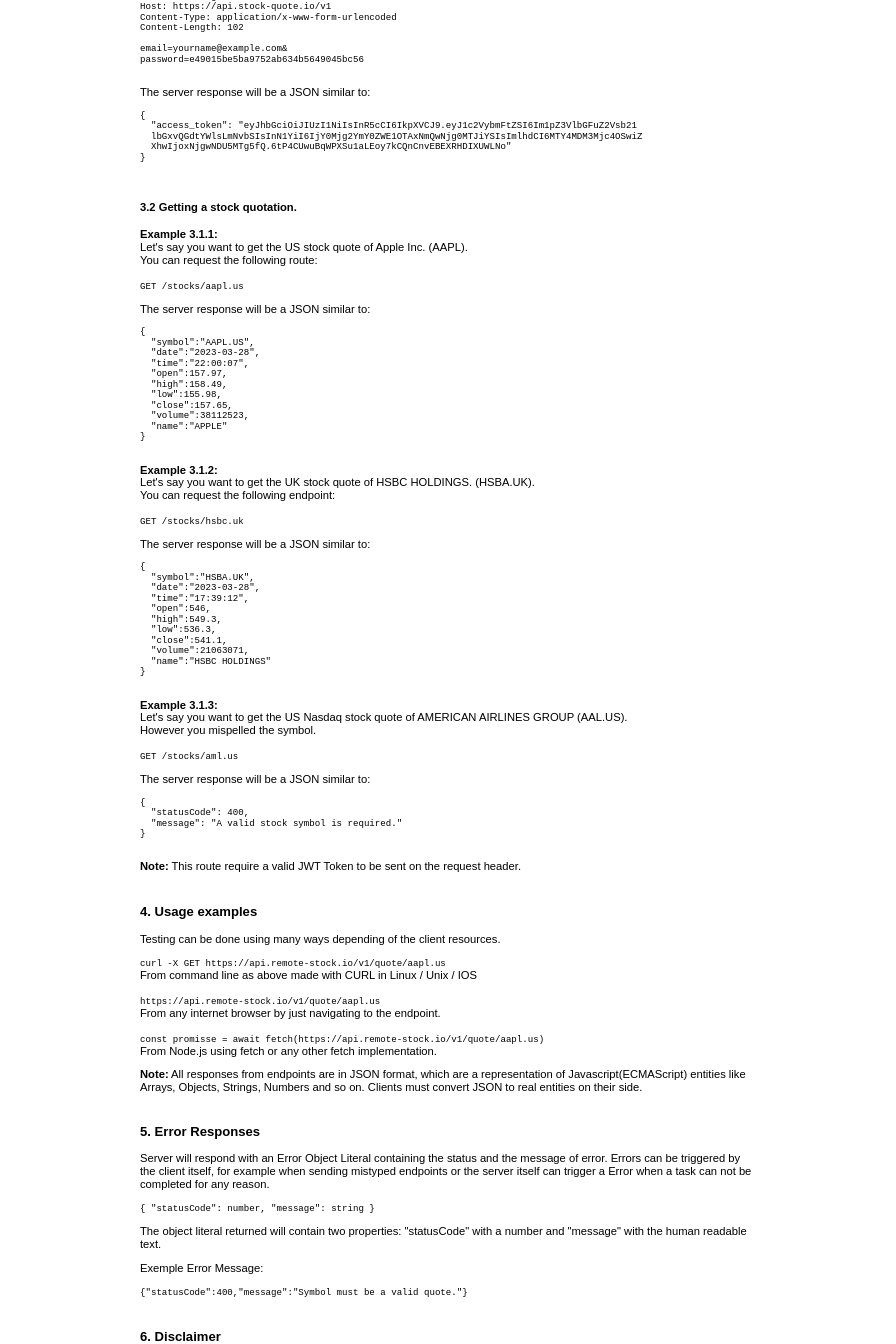
Repository: miguelamello/nest-js
Page: stock-service/documentation.html
These files come from the project's save history. The page is drawn as it stood at one moment and after the next save; the edit follows.
The browser window is 1280 px wide. The pictures show the part of the page from y = 2798 to 4718 px (the page is 4873 px tall before and 4891 px after), at 70% of full size.

Above is the page before, as saved 2023-04-02 21:56:01.

After the next save:
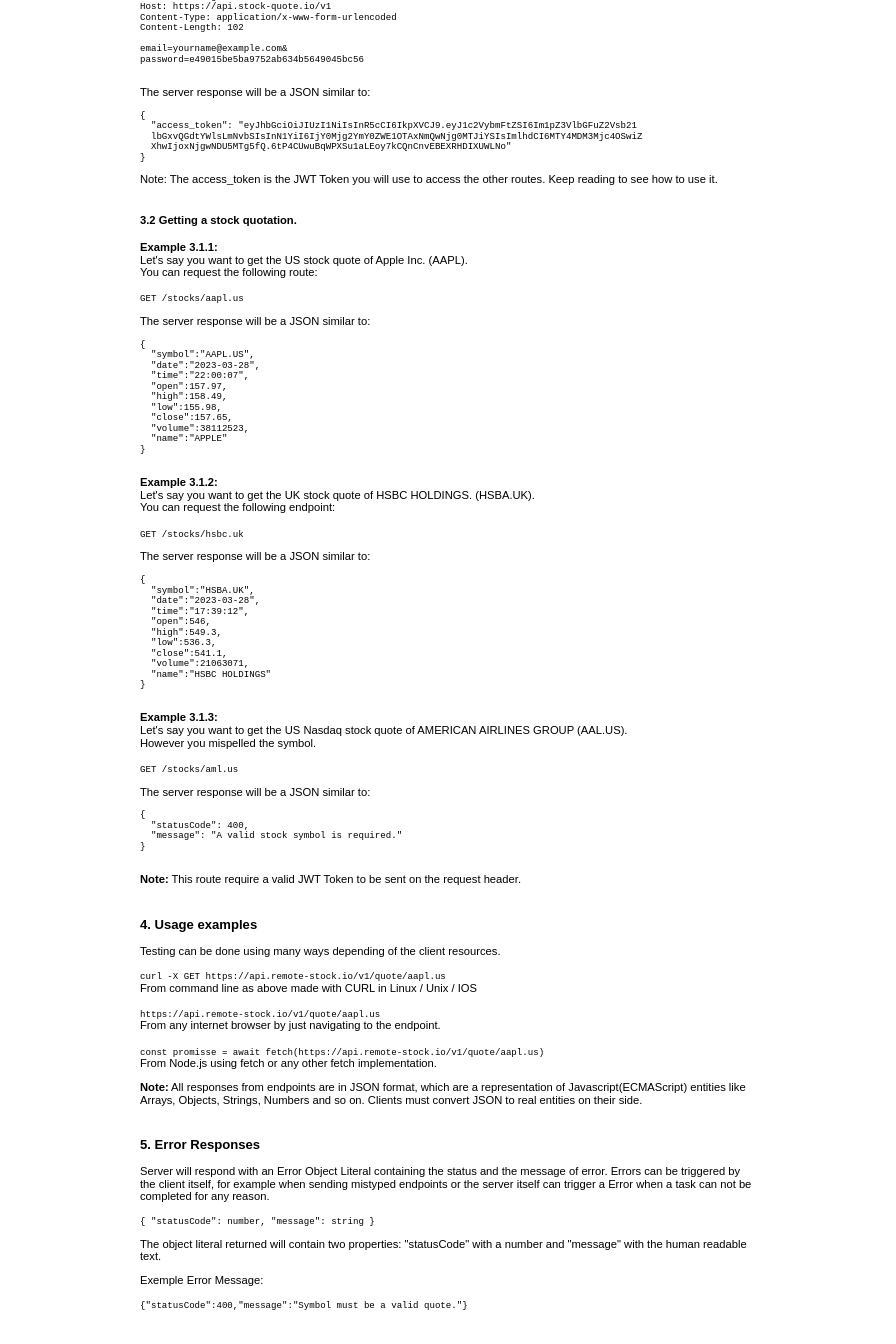
Saved 13 s later.
--- a/stock-service/documentation.html
+++ b/stock-service/documentation.html
@@ -235,7 +235,8 @@ password=e49015be5ba9752ab634b5649045bc56
     </pre>
 
     <div>
-
+      Note: The access_token is the JWT Token you will use to access the other routes.
+      Keep reading to see how to use it.
     </div>
 
     <br><h4>3.2 Getting a stock quotation.</h4>
